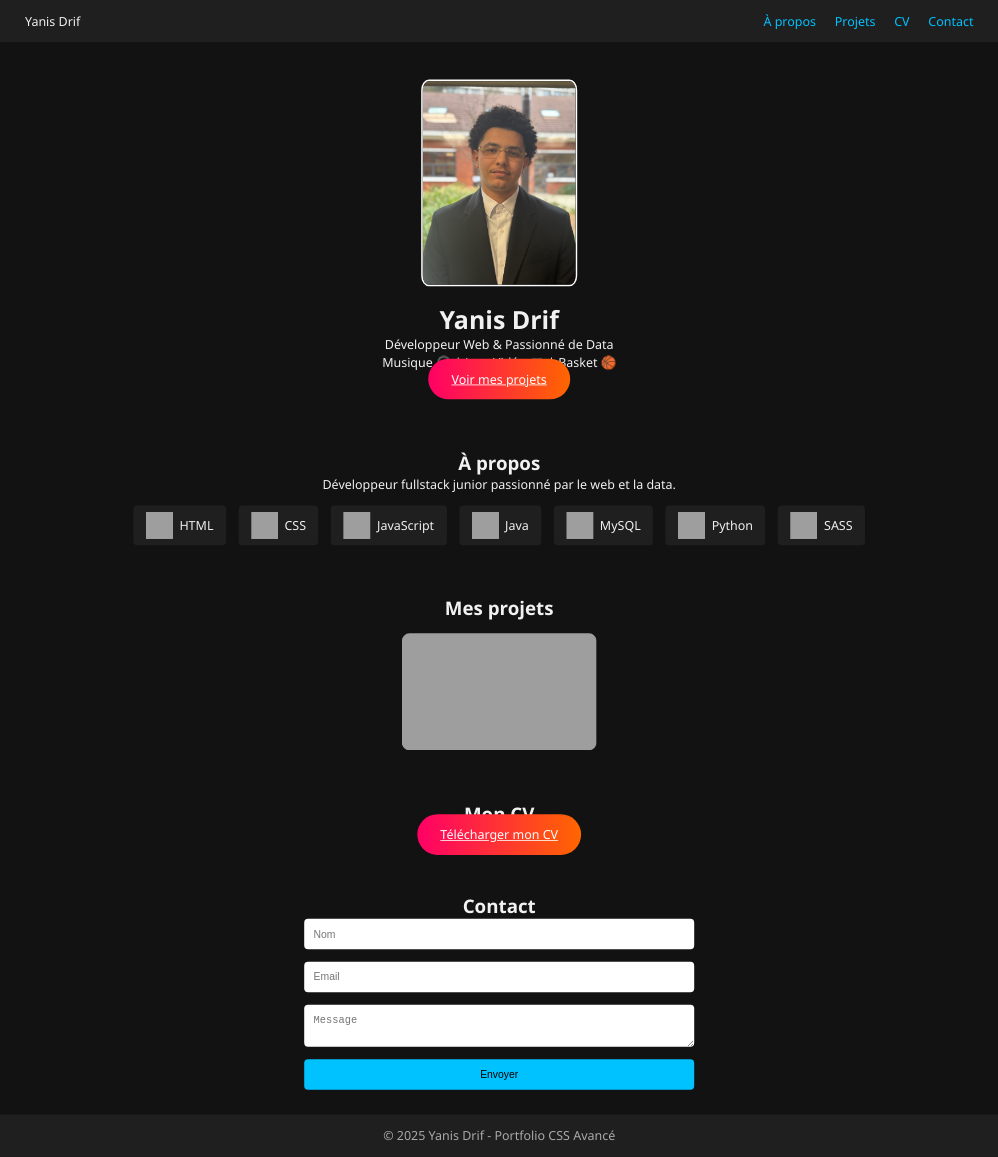
Repository: Yxniiss/ProjetCssAvance
Page: OneDrive/Bureau/Portfolio DrifYanis/home.html
An editor plug-in stored every save of this project. The page is shown before and after the next save, followed by the edit.
The browser window is 1280 px wide. The pictures show the whole page, at 78% of full size.
Pictures or frames that could not be fetched are drawn as grey boxes.

Above is the page before, as saved 2025-04-10 10:20:44.
Console error: TypeError: Cannot set properties of null (setting 'textContent')

### OneDrive/Bureau/Portfolio DrifYanis/home.html
<!DOCTYPE html>
<html lang="fr">
<head>
  <meta charset="UTF-8" />
  <meta name="viewport" content="width=device-width, initial-scale=1.0" />
  <title>Portfolio - Yanis Drif</title>
  <link rel="stylesheet" href="/style.css" />
  <script defer src="/script.js"></script>
</head>
<body>
  <nav class="navbar">
    <div class="logo">Yanis Drif</div>
    <ul class="nav-links">
      <li><a href="#apropos">À propos</a></li>
      <li><a href="#projets">Projets</a></li>
      <li><a href="#cv">CV</a></li>
      <li><a href="#contact">Contact</a></li>
    </ul>
  </nav>

  <header class="hero">
    <div class="hero__content">
      <img src="/image/IMG_0965 (2).jpeg" alt="Photo de profil" class="hero__image" />
      <h1 class="hero__name">Yanis Drif</h1>
      <p class="hero__tagline">Développeur <span>Web</span> & Passionné de Data</p>
      <p class="hero__desc">Musique 🎧 | Jeux Vidéo 🎮 | Basket 🏀</p>
      <a href="#projets" class="btn">Voir mes projets</a>
    </div>
  </header>

  <section id="apropos" class="section about">
    <h2>À propos</h2>
    <p>Développeur fullstack junior passionné par le web et la data.</p>
    <div class="skills">
      <div class="skill"><img src="https://devicon-website.vercel.app/api/html5/original-wordmark.svg" alt="HTML">HTML</div>
      <div class="skill"><img src="https://devicon-website.vercel.app/api/css3/original-wordmark.svg" alt="CSS">CSS</div>
      <div class="skill"><img src="https://devicon-website.vercel.app/api/javascript/original.svg" alt="JavaScript">JavaScript</div>
      <div class="skill"><img src="https://devicon-website.vercel.app/api/java/original-wordmark.svg" alt="Java">Java</div>
      <div class="skill"><img src="https://devicon-website.vercel.app/api/mysql/plain-wordmark.svg" alt="MySQL">MySQL</div>
      <div class="skill"><img src="https://devicon-website.vercel.app/api/python/original-wordmark.svg" alt="Python">Python</div>
      <div class="skill"><img src="https://devicon-website.vercel.app/api/sass/original.svg" alt="SASS">SASS</div>
    </div>
  </section>

  <section id="projets" class="section projets">
    <h2>Mes projets</h2>
    <div class="projects carousel">
      <img src="img/Capture d'écran 2025-04-09 23345.png" alt="Projet 1"/>
      <img src="/img/Capture d'écran 2025-04-09 12402 (1).png" alt="Projet 2" />
      <img src="/img/ChatGPT Image 9 avr. 2025, 23_49_51.png" alt="Projet 3" />
    </div>
  </section>

  <section id="cv" class="section cv">
    <h2>Mon CV</h2>
    <a href="/doc/CV Yanis (1) (1).pdf" download class="btn">Télécharger mon CV</a>
  </section>

  <section id="contact" class="section contact">
    <h2>Contact</h2>
    <form class="contact-form">
      <input type="text" placeholder="Nom" required />
      <input type="email" placeholder="Email" required />
      <textarea placeholder="Message" required></textarea>
      <button type="submit">Envoyer</button>
    </form>
  </section>

  <footer>
    <p>&copy; 2025 Yanis Drif - Portfolio CSS Avancé</p>
  </footer>
</body>
</html>

### OneDrive/Bureau/Portfolio DrifYanis/style.css
* {
    margin: 0;
    padding: 0;
    box-sizing: border-box;
  }

  body {
    font-family: "Segoe UI", sans-serif;
    background-color: #121212;
    color: #f1f1f1;
  }

  .navbar {
    display: flex;
    justify-content: space-between;
    padding: 1rem 2rem;
    background-color: #1f1f1f;
  }

  .nav-links {
    display: flex;
    list-style: none;
    gap: 1.5rem;
  }

  .nav-links a {
    color: #00c2ff;
    text-decoration: none;
  }

  .hero {
    padding: 3rem 1rem;
    text-align: center;
  }

  .hero__image {
    border-radius: 5%;
    width: 200px;
    border: 2px solid #ffffff;
    margin-bottom: 1rem;
  }

  .section {
    padding: 2rem 1rem;
    text-align: center;
  }

  .projects {
    display: flex;
    justify-content: center;
    gap: 1rem;
    flex-wrap: wrap;
    margin-top: 1rem;
  }

  .projects img {
    width: 250px;
    height: 150px;
    -o-object-fit: cover;
       object-fit: cover;
    border-radius: 10px;
  }

  .skills {
    display: flex;
    flex-wrap: wrap;
    gap: 1rem;
    justify-content: center;
    margin-top: 1rem;
  }

  .skill {
    display: flex;
    align-items: center;
    gap: 0.5rem;
    background-color: #1f1f1f;
    padding: 0.5rem 1rem;
    border-radius: 5px;
  }

  .skill img {
    width: 35px;
    height: 35px;
  }

  footer {
    padding: 1rem;
    text-align: center;
    background-color: #1f1f1f;
    color: #aaa;
  }

  .btn {
    padding: 15px 30px;
    font-size: px;
    color:white;
    background: linear-gradient(90deg, #ff0066, #ff6600);
    border:none;
    border-radius: 50px;
    cursor: pointer;
    box-shadow: 0 4px 15px rgba(255,0,102,0);
    transition: box-shadow 0.3s ease, transform 0.3s ease;
  }

  .btn:hover{
    box-shadow: 0 10px 20px rgba(255,0,102,0.5);
    transform: translateY(-3px);
  }

  .contact-form {
    max-width: 500px;
    margin: auto;
    display: flex;
    flex-direction: column;
    gap: 1rem;
  }

  .contact-form input,
  .contact-form textarea {
    padding: 0.75rem;
    border: none;
    border-radius: 5px;
  }

  .contact-form button {
    background-color: #00c2ff;
    color: #000;
    padding: 0.75rem;
    border: none;
    border-radius: 5px;
    cursor: pointer;
  }

  .start h1{
    text-align: left;
    margin-top: 100px;
    font-size: 35px;
    margin-left: 100px;
  }

  .start h2{
    text-align: left;
    margin-top: 1px;
    font-size: 70px;
    margin-left: 100px;
  }

  .start h3{
    text-align: left;
    margin-top: 1px;
    font-size: 35px;
    margin-left: 100px;
  }

  #mot {
    color:#00c2ff;
  }

  #cursor{
    display: inline-block;
    width: 10px;
    background-color:black;
    animation: blink 0.8s step-end infinite;
  }

  @keyframes blink{
    50% {
      opacity: 0;
    }
  }

  @keyframes typing{
    from{
      width: 0;
    }
    to{
      width: 100%;
    }
  }

  #main{
    opacity: 0;
    transform: translateY(0);
    transition: opacity 5s ease, transform 5s ease;
  }

  body.loaded #main{
    opacity: 1;
    transform: translateY(0);
  }


  .start p{
    text-align: left;
    margin-left: 100px;
    margin-top: 20px;
    font-size: 20px;
  }

  .ntwrks {
    position: absolute;
    top: 410px;
    left: 110px;
    display: flex;
    flex-wrap: wrap;
    gap: 1rem;
  }

  .ntwrk {
    display: flex;
    align-items: center;
    gap: 0.5rem;
    background-color: #1f1f1f;
    padding: 1rem 1rem;
    border-radius: 100px;
    transition: 0.3s ease, opacity 0.3s ease;
  }

  .ntwrk:hover{
    transform: scale(1.2);
    opacity: 0.8;
  }

  .ntwrk img {
    width: 30px;
    height: 30px;
  }

  .modern-button{
    background-color:#00c2ff;
    font-size: 16px;
    font-weight: bold;
    border:none;
    padding: 15px 30px;
    border-radius: 25px;
    cursor: pointer;
    outline: none;
    position: relative;
    right:550px;
    top:120px;
    animation:glow 1.5s infinite alternate;
    transition: 0.3s ease, opacity 0.3s ease;
  }

  .modern-button a{
    color:white;
    text-decoration: none;
  }

  .modern-button:hover{
    transform: scale(1.2);
    opacity: 1;
  }

  @keyframes glow{
    0%{
      box-shadow: 0 0 10px 5px rgba(0, 194, 255, 0.6), 0 0 20px 10px rgba(0, 194, 255, 0.4);
    }
    100%{
      box-shadow: 0 0 20px 10px rgba(0, 194, 255, 1), 0 0 30px 15px rgba(0, 194, 255, 0.8);
    }
  }

  .image{
    max-width: 30%;
    position: relative;
    bottom: 350px;
    left: 350px;
  }

### OneDrive/Bureau/Portfolio DrifYanis/script.js

document.addEventListener('DOMContentLoaded', () => {
    // Scroll fluide
    document.querySelectorAll('a[href^="#"]').forEach(anchor => {
      anchor.addEventListener('click', function (e) {
        e.preventDefault();
        const target = document.querySelector(this.getAttribute('href'));
        if (target) {
          target.scrollIntoView({ behavior: 'smooth' });
        }
      });
    });

    // Carrousel automatique
    const images = document.querySelectorAll('.carousel img');
    let currentIndex = 0;

    function showSlide(index) {
      images.forEach((img, i) => {
        img.style.display = i === index ? 'block' : 'none';
      });
    }

    function nextSlide() {
      currentIndex = (currentIndex + 1) % images.length;
      showSlide(currentIndex);
    }

    if (images.length > 0) {
      showSlide(currentIndex);
      setInterval(nextSlide, 3000); // change every 3 seconds
    }
  });

  const mot = ["Etudiant", "Developpeur web", "Pasionné de code","Developpeur fullstack"];
  let index = 0;
  const element = document.getElementById("mot");
  const cursor = document.getElementById("cursor");

  let typingInterval;
  let currentWord = "";
  let currentCharIndex = 0;

  function  commencerTypingAnimation(){
    currentWord=mot[index];
    currentCharIndex = 0;
    element.textContent = '';

    typingInterval = setInterval(() =>{
      element.textContent += currentWord.charAt(currentCharIndex);
      currentCharIndex++;

      if(currentCharIndex === currentWord.length){
        clearInterval(typingInterval);
        setTimeout(changerMot,1000);
      }
    },150);
  }

  function changerMot(){
    element.textContent=mot[index];
    index++;
    if(index===mot.length){
      index=0;
    }
    commencerTypingAnimation();
  }
  commencerTypingAnimation();

  window.addEventListener('load', function () {
    document.body.classList.add('loaded');
  });

After the next save:
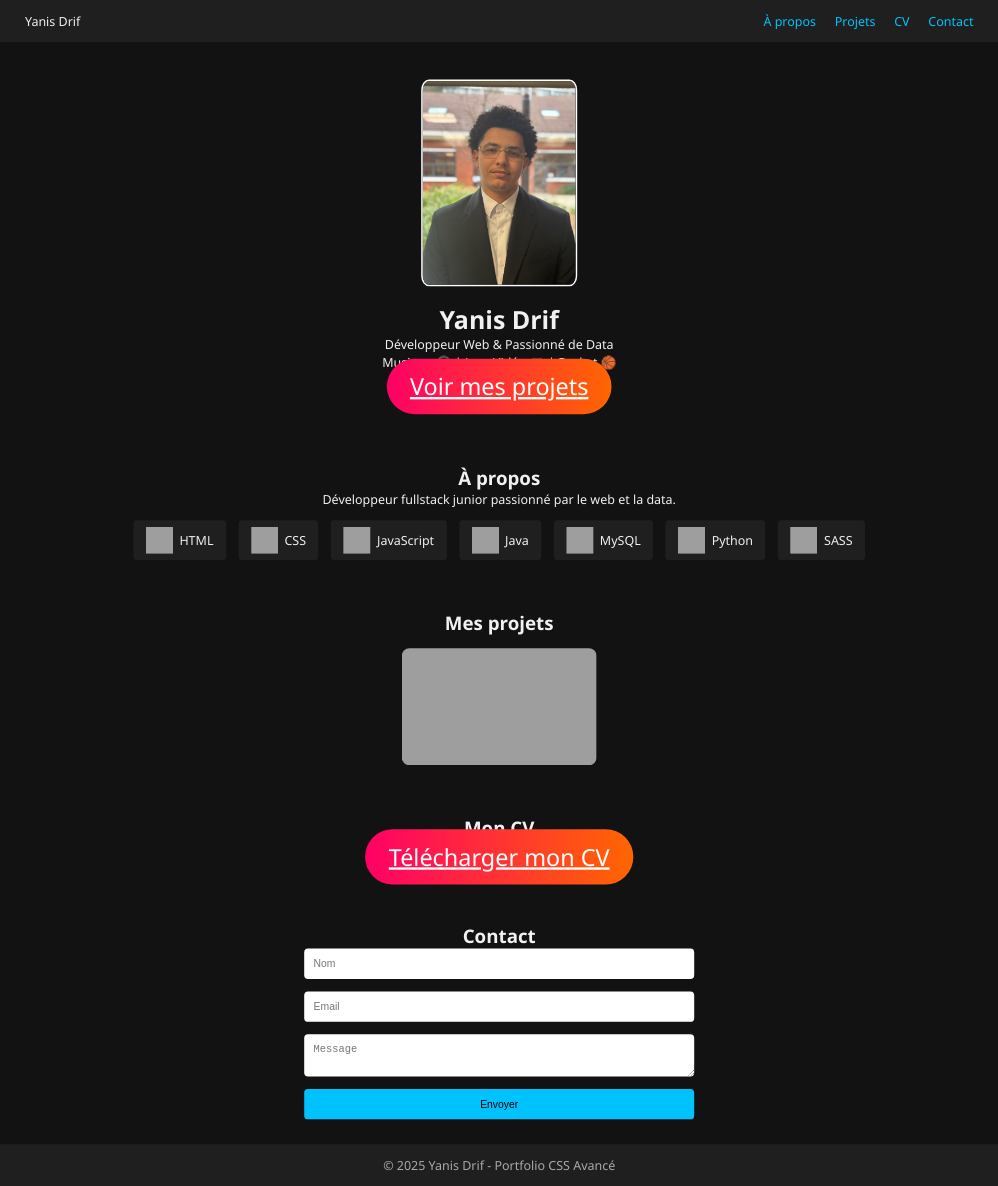
Saved 4 s later.
--- a/OneDrive/Bureau/Portfolio DrifYanis/style.css
+++ b/OneDrive/Bureau/Portfolio DrifYanis/style.css
@@ -92,7 +92,7 @@
 
   .btn {
     padding: 15px 30px;
-    font-size: px;
+    font-size: 30px;
     color:white;
     background: linear-gradient(90deg, #ff0066, #ff6600);
     border:none;
